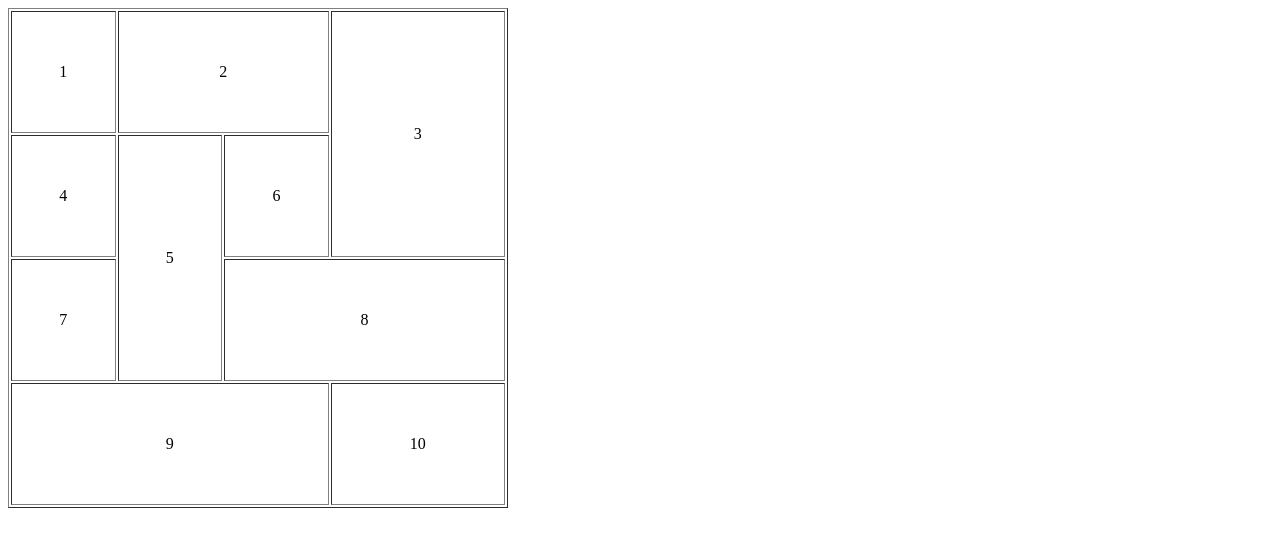
Repository: sonic247897/multicampus-web
Page: clientweb/WebContent/html/table2.html
The author's editor kept a copy of each file at every save. The page is drawn from the files as they stood at one save, then again after the next save.
The browser window is 1280 px wide. The pictures show the whole page.

Above is the page before, as saved 2020-01-02 02:17:18.

### clientweb/WebContent/html/table2.html
<!DOCTYPE html>
<html>
<head>
<meta charset="EUC-KR">
<title>Insert title here</title>
</head>
<body>
	<table border = "1" width="500" height="500">
	<tr align="center">
		<td>1</td>
		<td colspan="2">2</td>
		<td colspan="2" rowspan="2">3</td>
	</tr>
	<tr align="center">
		<td>4</td>
		<td rowspan="2">5</td>
		<td> 6</td>
	</tr>
	<tr align="center">
		<td>7</td>
		<td colspan ="3">8</td>
	</tr>
	<tr align="center">
		<td colspan="3">9</td>
		<td colspan="2">10</td>
	</tr>
	</table>

</body>
</html>

After the next save:
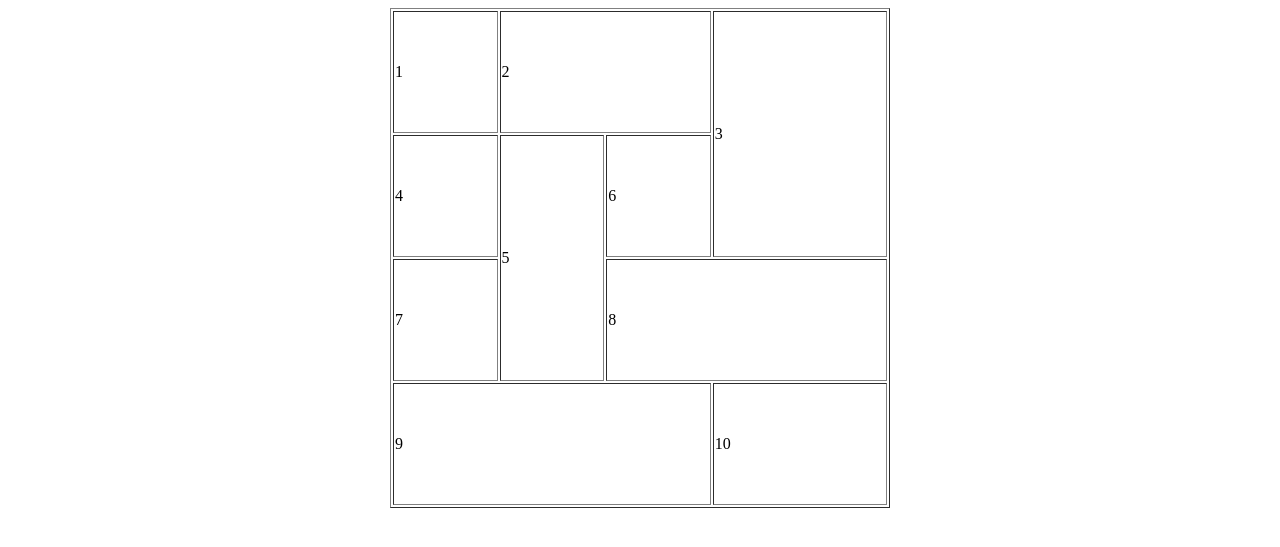
Saved 112 s later.
--- a/clientweb/WebContent/html/table2.html
+++ b/clientweb/WebContent/html/table2.html
@@ -5,22 +5,22 @@
 <title>Insert title here</title>
 </head>
 <body>
-	<table border = "1" width="500" height="500">
-	<tr align="center">
+	<table border = "1" width="500" height="500" align="center">
+	<tr >
 		<td>1</td>
 		<td colspan="2">2</td>
 		<td colspan="2" rowspan="2">3</td>
 	</tr>
-	<tr align="center">
+	<tr >
 		<td>4</td>
 		<td rowspan="2">5</td>
 		<td> 6</td>
 	</tr>
-	<tr align="center">
+	<tr >
 		<td>7</td>
 		<td colspan ="3">8</td>
 	</tr>
-	<tr align="center">
+	<tr >
 		<td colspan="3">9</td>
 		<td colspan="2">10</td>
 	</tr>

After the 2 saves that followed:
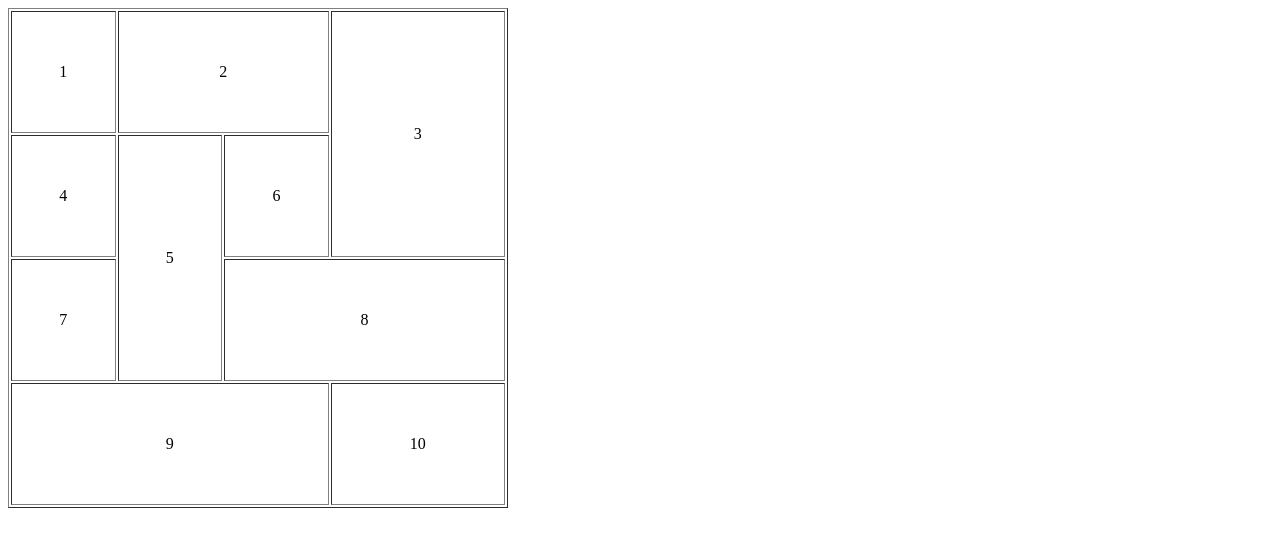
The 2 saves are shown as one change because 1 left the picture as it was.
The last was saved 48 s later.
--- a/clientweb/WebContent/html/table2.html
+++ b/clientweb/WebContent/html/table2.html
@@ -5,22 +5,22 @@
 <title>Insert title here</title>
 </head>
 <body>
-	<table border = "1" width="500" height="500" align="center">
-	<tr >
+	<table border = "1" width="500" height="500">
+	<tr align="center">
 		<td>1</td>
 		<td colspan="2">2</td>
 		<td colspan="2" rowspan="2">3</td>
 	</tr>
-	<tr >
+	<tr align="center">
 		<td>4</td>
 		<td rowspan="2">5</td>
 		<td> 6</td>
 	</tr>
-	<tr >
+	<tr align="center">
 		<td>7</td>
 		<td colspan ="3">8</td>
 	</tr>
-	<tr >
+	<tr align="center">
 		<td colspan="3">9</td>
 		<td colspan="2">10</td>
 	</tr>
